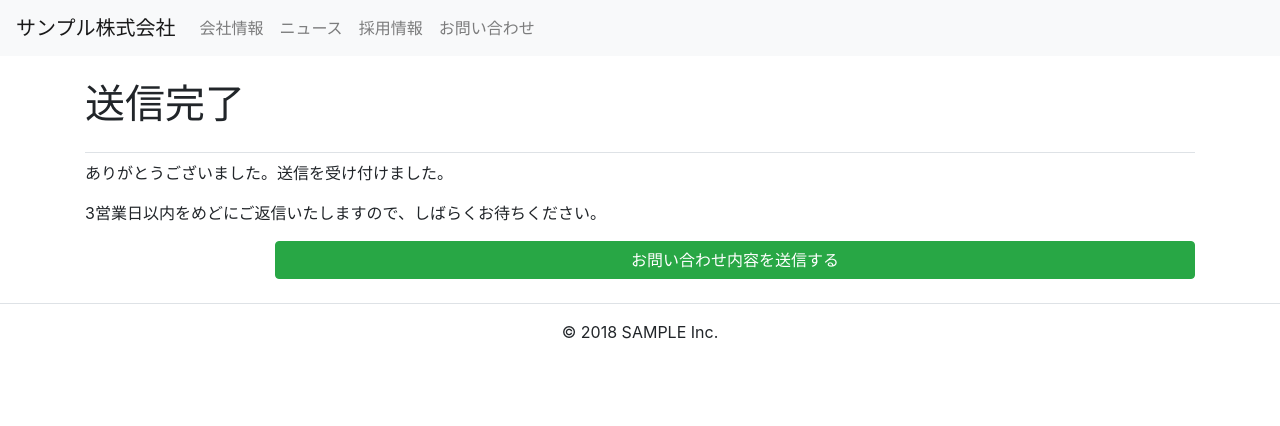
Repository: hiro0529/kadai-tasklist
Page: complete.html
The author's editor kept a record of every edit. The page is drawn from the files as they stood at one moment, then again after the next edit.
The browser window is 1280 px wide. The pictures show the whole page.
Some web libraries are served in a nearby version.

Above is the page before.

### complete.html
<!DOCTYPE html>
<html lang="ja">

<head>
    <!-- Required meta tags -->
    <meta charset="utf-8">
    <meta name="viewport" content="width=device-width, initial-scale=1, shrink-to-fit=no">

    <!-- Bootstrap CSS -->
    <link rel="stylesheet" href="https://stackpath.bootstrapcdn.com/bootstrap/4.2.1/css/bootstrap.min.css">

    <title>送信完了 | サンプル株式会社</title>
</head>

<body>
    <header>

    </header>
    <nav class="navbar navbar-expand-sm navbar-light bg-light">
        <!-- ホームへ戻るリンク。ブランドロゴなどを置く。 -->
        <a href="#" class="navbar-brand">サンプル株式会社</a>
        <!--ハンバーガーボタン -->
        <button type="button" class="navbar-toggler" data-toggle="collapse" data-target="#nav-bar">
            <span class="navbar-toggler-icon"></span>
            </button>
        <!-- メニュー項目 -->
        <div class="collapse navbar-collapse" id="nav-bar">
            <ul class="navbar-nav">
                <li class="nav-item"><a href="#" class="nav-link">会社情報</a></li>
                <li class="nav-item"><a href="#" class="nav-link">ニュース</a></li>
                <li class="nav-item"><a href="#" class="nav-link">採用情報</a></li>
                <li class="nav-item"><a href="#" class="nav-link">お問い合わせ</a></li>
        </div>
        </ul>
    </nav>
    <div class="container">
        <h1 class="mt-4 pb-4 border-bottom">送信完了</h1>
        <p>ありがとうございました。送信を受け付けました。</p>
        <p>3営業日以内をめどにご返信いたしますので、しばらくお待ちください。</p>
        <div class="text-center mb-4">
            <div class="form-group row">
                <div class="offset-sm-2 col-sm-10 ">
                    <button type="submit" class="btn btn-block btn-success">お問い合わせ内容を送信する</button>
                </div>
            </div>
        </div>
    </div>
    <footer class="text-center pt-3 border-top">
        &copy; 2018 SAMPLE Inc.
    </footer>

    <!-- Optional JavaScript -->
    <!-- jQuery first, then Popper.js, then Bootstrap JS, then Font Awesome -->
    <script src="https://code.jquery.com/jquery-3.3.1.slim.min.js"></script>
    <script src="https://cdnjs.cloudflare.com/ajax/libs/popper.js/1.14.6/umd/popper.min.js"></script>
    <script src="https://stackpath.bootstrapcdn.com/bootstrap/4.2.1/js/bootstrap.min.js"></script>
    <script defer src="https://use.fontawesome.com/releases/v5.7.2/js/all.js"></script>
</body>

</html>

After the next edit:
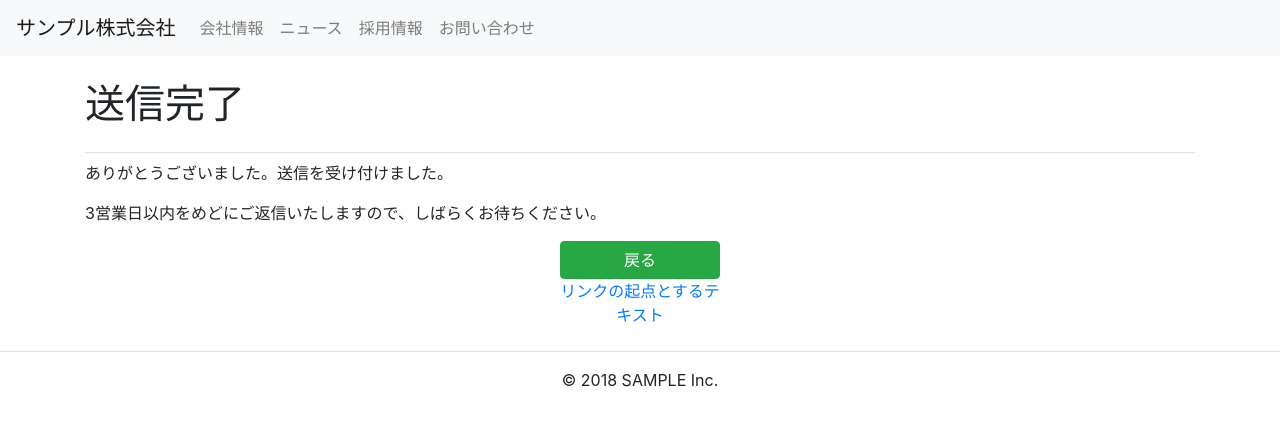
The edit:
--- a/complete.html
+++ b/complete.html
@@ -39,8 +39,10 @@
         <p>3営業日以内をめどにご返信いたしますので、しばらくお待ちください。</p>
         <div class="text-center mb-4">
             <div class="form-group row">
-                <div class="offset-sm-2 col-sm-10 ">
-                    <button type="submit" class="btn btn-block btn-success">お問い合わせ内容を送信する</button>
+                <div class="offset-sm-5 col-sm-2 offset-sm-5">
+                    <a href="https://6e88d8d52d0c4c04a849661cae0c25da.vfs.cloud9.us-east-1.amazonaws.com/_static/contact.html?_c9_id=livepreview31&_c9_host=https://console.aws.amazon.com">
+                    <button type="submit" class="btn btn-block btn-success">戻る</button>
+                    リンクの起点とするテキスト</a>
                 </div>
             </div>
         </div>
